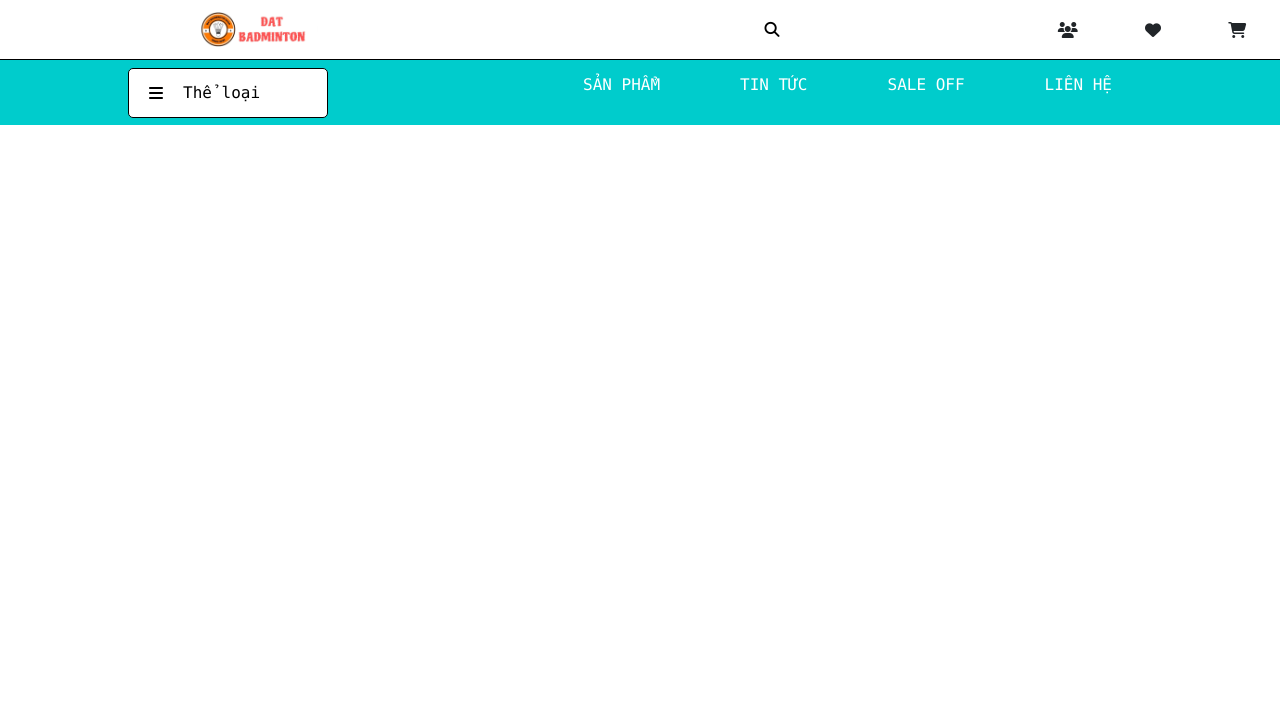
Repository: giacatdat2k5/Baitaplon
Page: da/d1.html
An editor plug-in stored every save of this project. The page is shown before and after the next save, followed by the edit.
The browser window is 1280 px wide. The pictures show the whole page.

Above is the page before, as saved 2023-11-11 22:20:06.

After the next save:
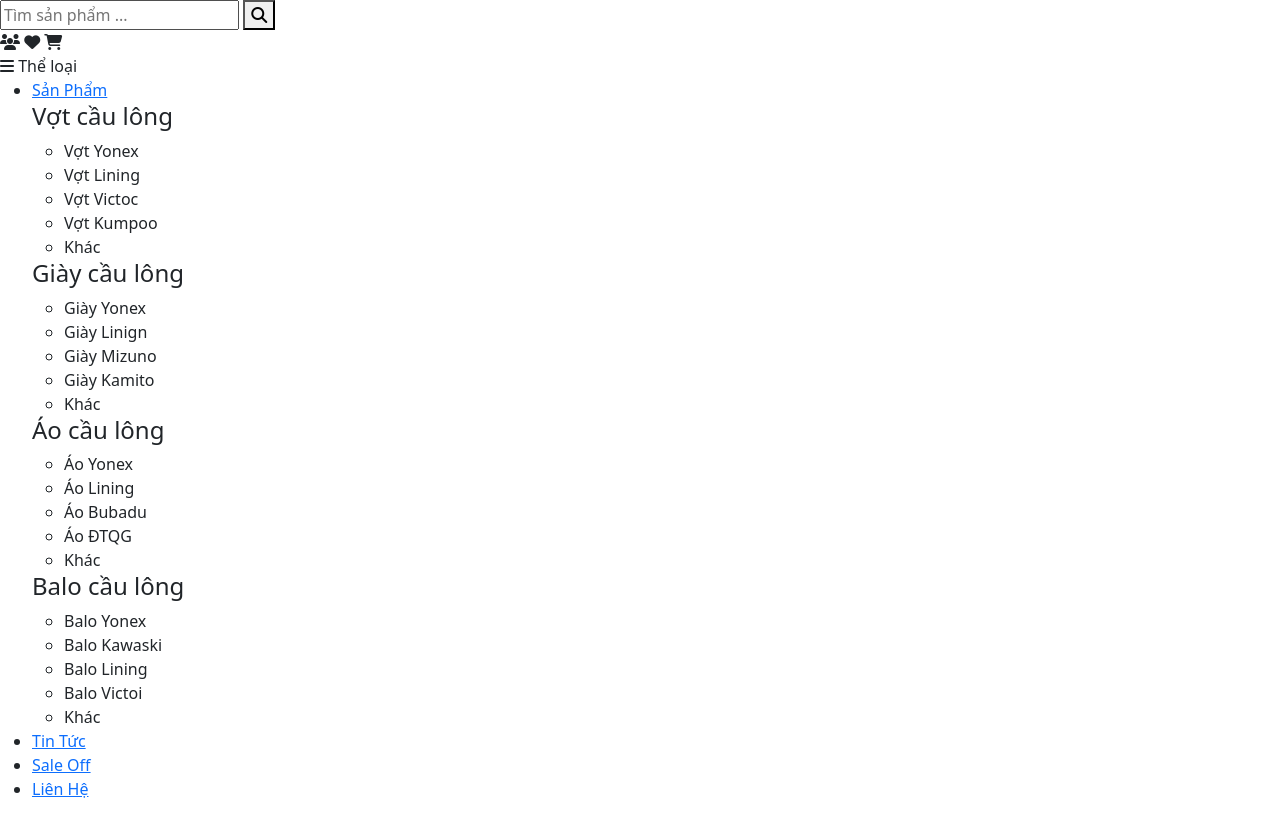
Saved 105 s later.
--- a/da/d1.html
+++ b/da/d1.html
@@ -4,7 +4,7 @@
         <meta charset="UTF-8">
         <meta name="viewport" content="width=device-width, initial-scale=1.0">
         <title>Document</title>
-        <link rel="stylesheet" type="text/css" href="d.css">
+        <link rel="stylesheet" type="text/css" href="d1.css">
         <link rel="stylesheet" href="https://cdnjs.cloudflare.com/ajax/libs/font-awesome/6.4.2/css/all.min.css"/>
         <script src="https://ajax.googleapis.com/ajax/libs/jquery/3.7.1/jquery.min.js"></script>
         <link href="https://cdn.jsdelivr.net/npm/bootstrap@5.3.2/dist/css/bootstrap.min.css" rel="stylesheet" integrity="sha384-T3c6CoIi6uLrA9TneNEoa7RxnatzjcDSCmG1MXxSR1GAsXEV/Dwwykc2MPK8M2HN" crossorigin="anonymous">
@@ -88,5 +88,6 @@
             </ul>
         </div>
     </div>
+    <div class="link-dan"></div>
 </body>
 </html>
